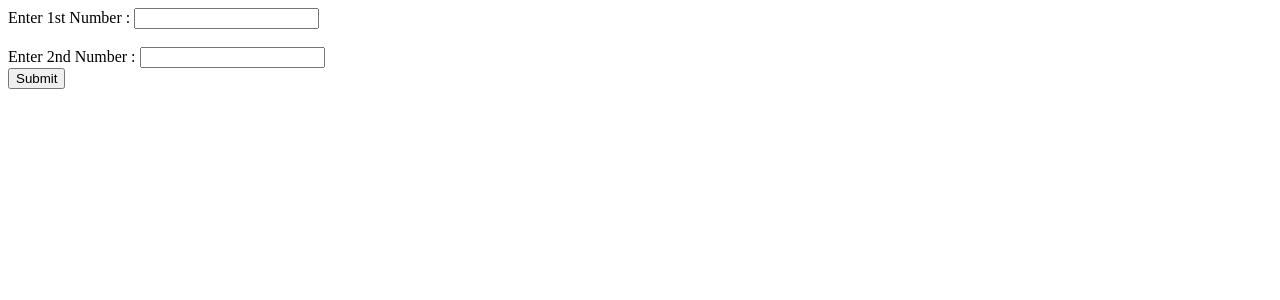
Repository: argho1990/Coursecube-B19
Page: Intro/Lab2A/WebContent/index.html
The author's editor kept a copy of each file at every save. The page is drawn from the files as they stood at one save, then again after the next save.
The browser window is 1280 px wide. The pictures show the whole page.

Above is the page before, as saved 2018-11-28 21:56:10.

### Intro/Lab2A/WebContent/index.html
<!DOCTYPE html>
<html>
<head>
<meta charset="ISO-8859-1">
<title>Insert title here</title>
</head>
<body>
<form action= "add" method="get">
Enter 1st Number  : <input type= "text" name ="num1"> <br>
<br>

Enter 2nd Number  : <input type= "text" name ="num2"> <br>
<input type="submit">

</form>
</body>
</html>

After the next save:
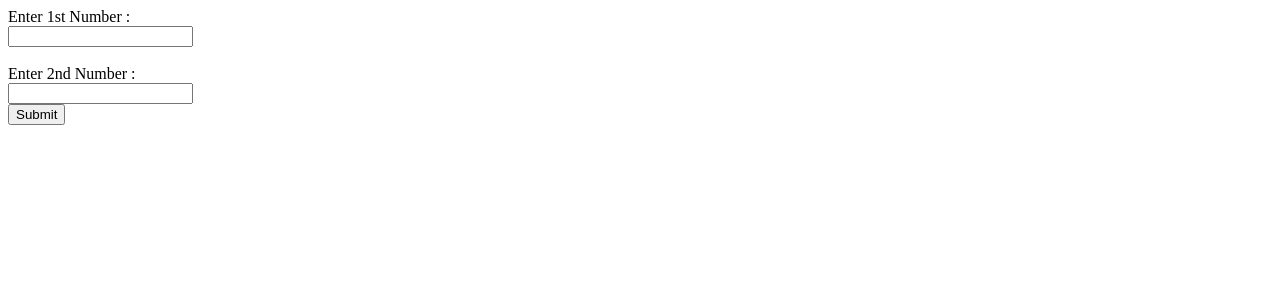
Saved 101 s later.
--- a/Intro/Lab2A/WebContent/index.html
+++ b/Intro/Lab2A/WebContent/index.html
@@ -6,10 +6,10 @@
 </head>
 <body>
 <form action= "add" method="get">
-Enter 1st Number  : <input type= "text" name ="num1"> <br>
+Enter 1st Number  :<br>  <input type= "text" name ="num1"> <br>
 <br>
 
-Enter 2nd Number  : <input type= "text" name ="num2"> <br>
+Enter 2nd Number  : <br> <input type= "text" name ="num2"> <br>
 <input type="submit">
 
 </form>
